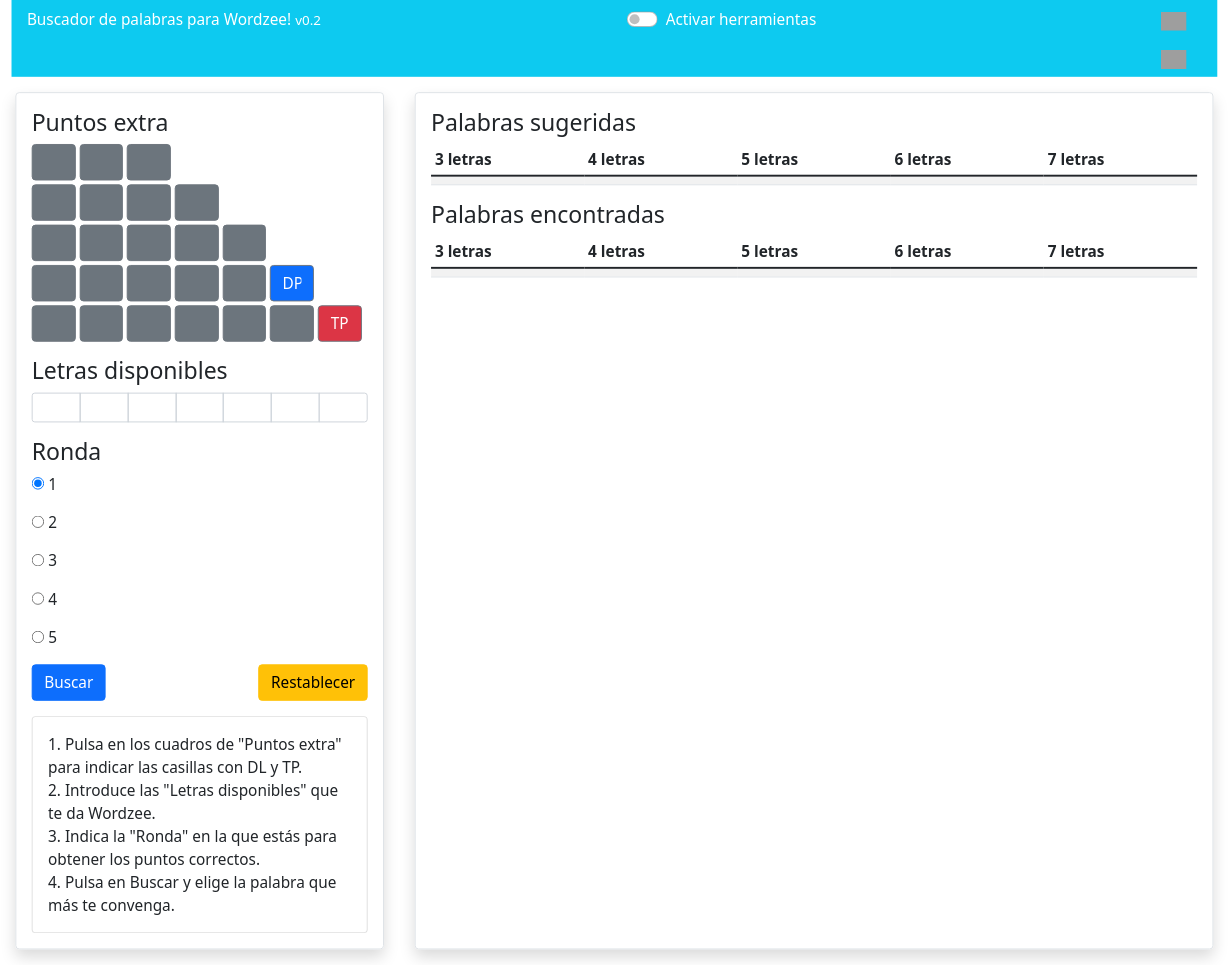
Repository: angelcafe/wordzee-bp_javascript
Page: index.html
The author's editor kept a copy of each file at every save. The page is drawn from the files as they stood at one save, then again after the next save.
The browser window is 1280 px wide. The pictures show the whole page, at 96% of full size.
Pictures or frames that could not be fetched are drawn as grey boxes.

Above is the page before, as saved 2021-10-22 22:12:52.

After the next save:
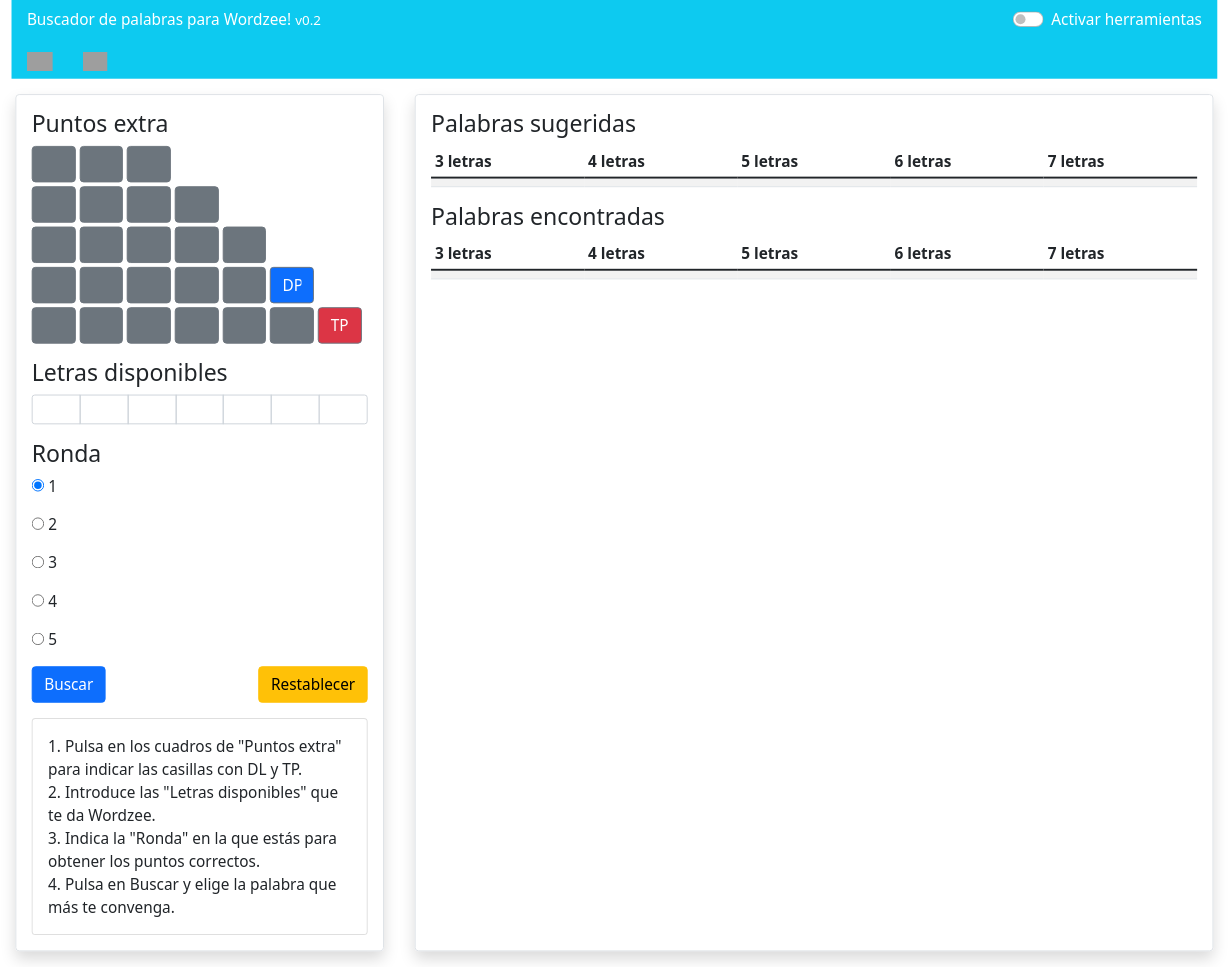
Saved 72 s later.
--- a/index.html
+++ b/index.html
@@ -28,7 +28,7 @@
                     <label class="form-check-label" for="idActivarHerramientas">Activar herramientas</label>
                 </div>
             </li>
-            <li class="nav-item form-check-inline">
+            <li class="nav-item input-group">
                 <a class="nav-link" href="https://www.facebook.com/BuscaPalabras-para-Wordzee-106324508497974" target="_blank"><img src="https://upload.wikimedia.org/wikipedia/commons/5/51/Facebook_f_logo_%282019%29.svg" height="20"></a>
                 <a class="nav-link" href="https://t.me/buscadorwordzee" target="_blank"><img src="https://upload.wikimedia.org/wikipedia/commons/thumb/8/83/Telegram_2019_Logo.svg/2048px-Telegram_2019_Logo.svg.png" height="20"></a>
             </li>
